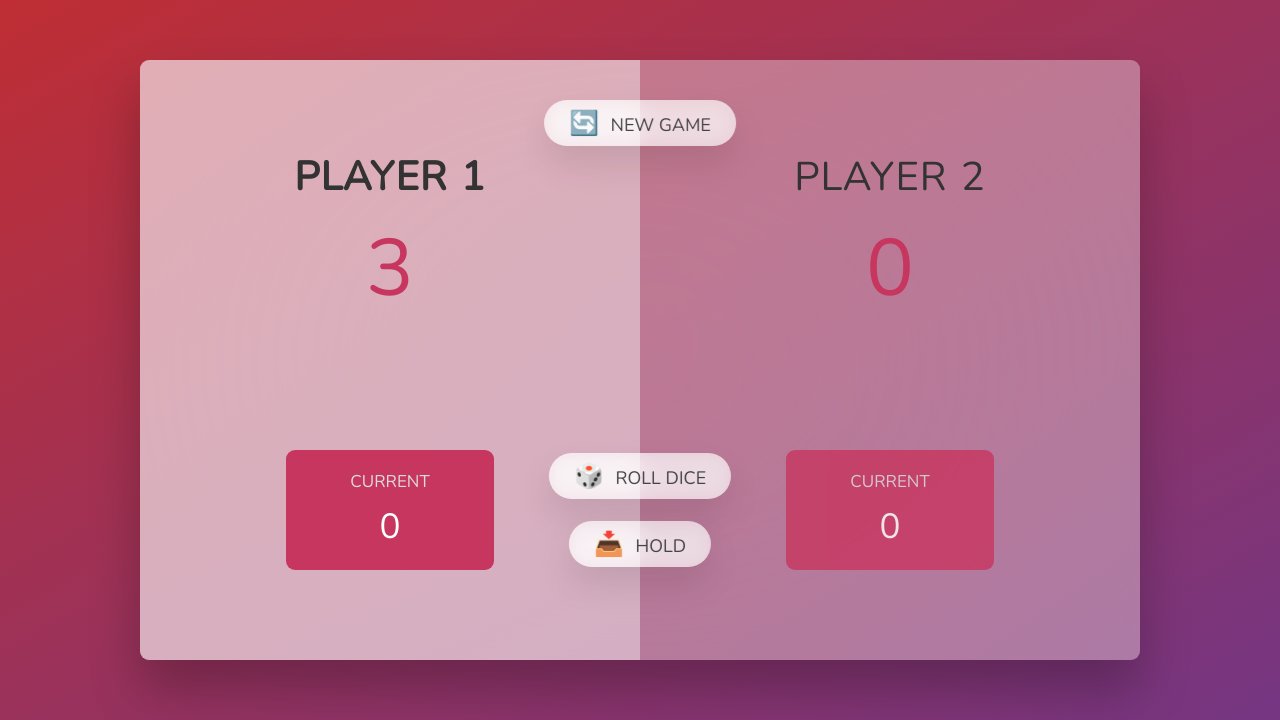
Repository: AbanoubSamyTawfek2002/pig-game
Page: index.html
These files come from the project's save history. The page is drawn as it stood at one moment and after the next save; the edit follows.
The browser window is 1280 px wide. The pictures show the whole page.
After loading, the first visible `button.btn--roll` was clicked once.

Above is the page before, as saved 2025-09-27 01:58:17.

### index.html
<!DOCTYPE html>
<html lang="en">
  <head>
    <meta charset="UTF-8" />
    <meta name="viewport" content="width=device-width, initial-scale=1.0" />
    <meta http-equiv="X-UA-Compatible" content="ie=edge" />
    <link rel="stylesheet" href="style.css" />
    <title>Pig Game</title>
  </head>
  <body>
    <main>
      <section class="player player--0 player--active">
        <h2 class="name" id="name--0">Player 1</h2>
        <p class="score" id="score--0">43</p>
        <div class="current">
          <p class="current-label">Current</p>
          <p class="current-score" id="current--0">0</p>
        </div>
      </section>
      <section class="player player--1">
        <h2 class="name" id="name--1">Player 2</h2>
        <p class="score" id="score--1">24</p>
        <div class="current">
          <p class="current-label">Current</p>
          <p class="current-score" id="current--1">0</p>
        </div>
      </section>

      <img src="dice-5.png" alt="Playing dice" class="dice" />
      <button class="btn btn--new">🔄 New game</button>
      <button class="btn btn--roll">🎲 Roll dice</button>
      <button class="btn btn--hold">📥 Hold</button>
    </main>
    <script src="script.js"></script>
  </body>
</html>

### style.css
@import url('https://fonts.googleapis.com/css2?family=Nunito&display=swap');

* {
  margin: 0;
  padding: 0;
  box-sizing: inherit;
}

html {
  font-size: 62.5%;
  box-sizing: border-box;
}

body {
  font-family: 'Nunito', sans-serif;
  font-weight: 400;
  height: 100vh;
  color: #333;
  background-image: linear-gradient(to top left, #753682 0%, #bf2e34 100%);
  display: flex;
  align-items: center;
  justify-content: center;
}

.hidden {
  display: none;
}
/* LAYOUT */
main {
  position: relative;
  width: 100rem;
  height: 60rem;
  background-color: rgba(255, 255, 255, 0.35);
  backdrop-filter: blur(200px);
  filter: blur();
  box-shadow: 0 3rem 5rem rgba(0, 0, 0, 0.25);
  border-radius: 9px;
  overflow: hidden;
  display: flex;
}

.player {
  flex: 50%;
  padding: 9rem;
  display: flex;
  flex-direction: column;
  align-items: center;
  transition: all 0.75s;
}

/* ELEMENTS */
.name {
  position: relative;
  font-size: 4rem;
  text-transform: uppercase;
  letter-spacing: 1px;
  word-spacing: 2px;
  font-weight: 300;
  margin-bottom: 1rem;
}

.score {
  font-size: 8rem;
  font-weight: 300;
  color: #c7365f;
  margin-bottom: auto;
}

.player--active {
  background-color: rgba(255, 255, 255, 0.4);
}
.player--active .name {
  font-weight: 700;
}
.player--active .score {
  font-weight: 400;
}

.player--active .current {
  opacity: 1;
}

.current {
  background-color: #c7365f;
  opacity: 0.8;
  border-radius: 9px;
  color: #fff;
  width: 65%;
  padding: 2rem;
  text-align: center;
  transition: all 0.75s;
}

.current-label {
  text-transform: uppercase;
  margin-bottom: 1rem;
  font-size: 1.7rem;
  color: #ddd;
}

.current-score {
  font-size: 3.5rem;
}

/* ABSOLUTE POSITIONED ELEMENTS */
.btn {
  position: absolute;
  left: 50%;
  transform: translateX(-50%);
  color: #444;
  background: none;
  border: none;
  font-family: inherit;
  font-size: 1.8rem;
  text-transform: uppercase;
  cursor: pointer;
  font-weight: 400;
  transition: all 0.2s;

  background-color: white;
  background-color: rgba(255, 255, 255, 0.6);
  backdrop-filter: blur(10px);

  padding: 0.7rem 2.5rem;
  border-radius: 50rem;
  box-shadow: 0 1.75rem 3.5rem rgba(0, 0, 0, 0.1);
}

.btn::first-letter {
  font-size: 2.4rem;
  display: inline-block;
  margin-right: 0.7rem;
}

.btn--new {
  top: 4rem;
}
.btn--roll {
  top: 39.3rem;
}
.btn--hold {
  top: 46.1rem;
}

.btn:active {
  transform: translate(-50%, 3px);
  box-shadow: 0 1rem 2rem rgba(0, 0, 0, 0.15);
}

.btn:focus {
  outline: none;
}

.dice {
  position: absolute;
  left: 50%;
  top: 16.5rem;
  transform: translateX(-50%);
  height: 10rem;
  box-shadow: 0 2rem 5rem rgba(0, 0, 0, 0.2);
}

.player--winner {
  background-color: #2f2f2f;
}

.player--winner .name {
  font-weight: 700;
  color: #c7365f;
}

### script.js
'use strict';

const score0El = document.getElementById('score--0');
const score1El = document.getElementById('score--1');
const diceEl = document.querySelector('.dice');
const btnNew = document.querySelector('.btn--new');
const btnRoll = document.querySelector('.btn--roll');
const btnHold = document.querySelector('.btn--hold');

let score = 0;
score0El.textContent = 0;
score1El.textContent = 0;
diceEl.classList.add('hidden');

btnRoll.addEventListener('click', () => {
  const random = Math.trunc(Math.random() * 6 + 1);
  console.log(random);
  score0El.textContent = random;
  diceEl.src = `dice-${random}.png`;
});

After the next save:
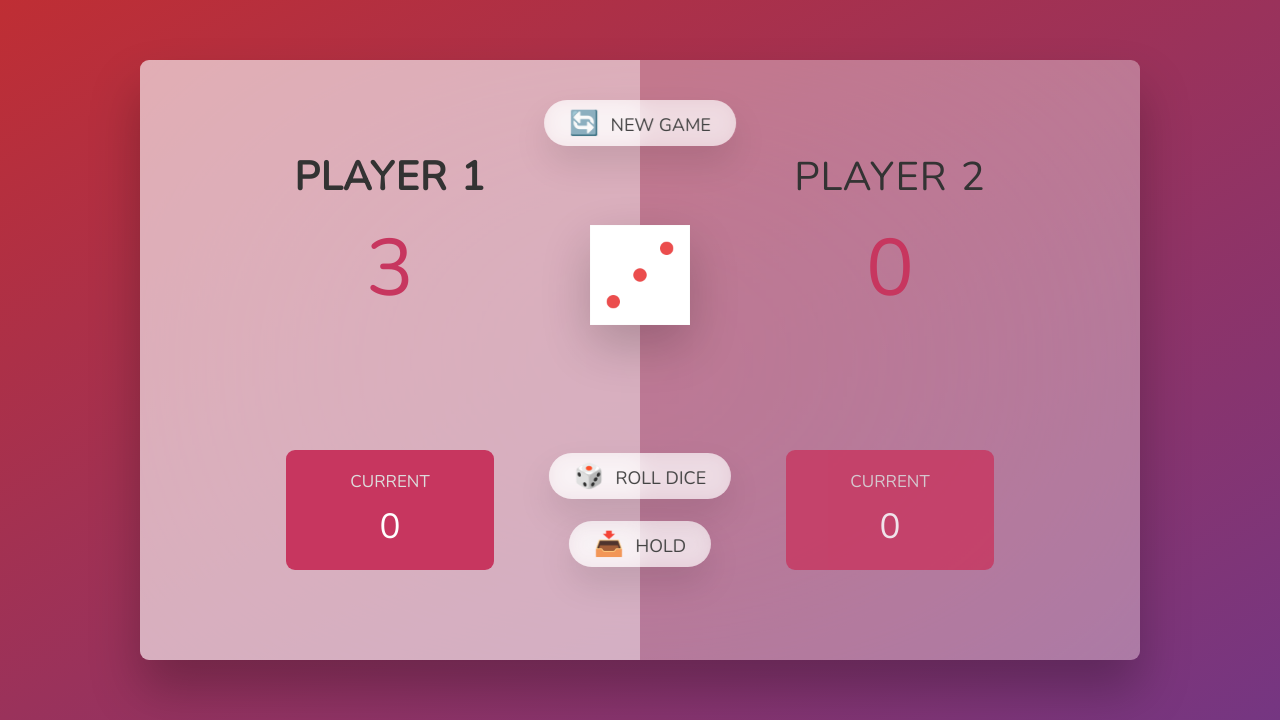
Saved 49 s later.
--- a/script.js
+++ b/script.js
@@ -15,6 +15,7 @@ diceEl.classList.add('hidden');
 btnRoll.addEventListener('click', () => {
   const random = Math.trunc(Math.random() * 6 + 1);
   console.log(random);
+  diceEl.classList.remove('hidden');
   score0El.textContent = random;
   diceEl.src = `dice-${random}.png`;
 });
